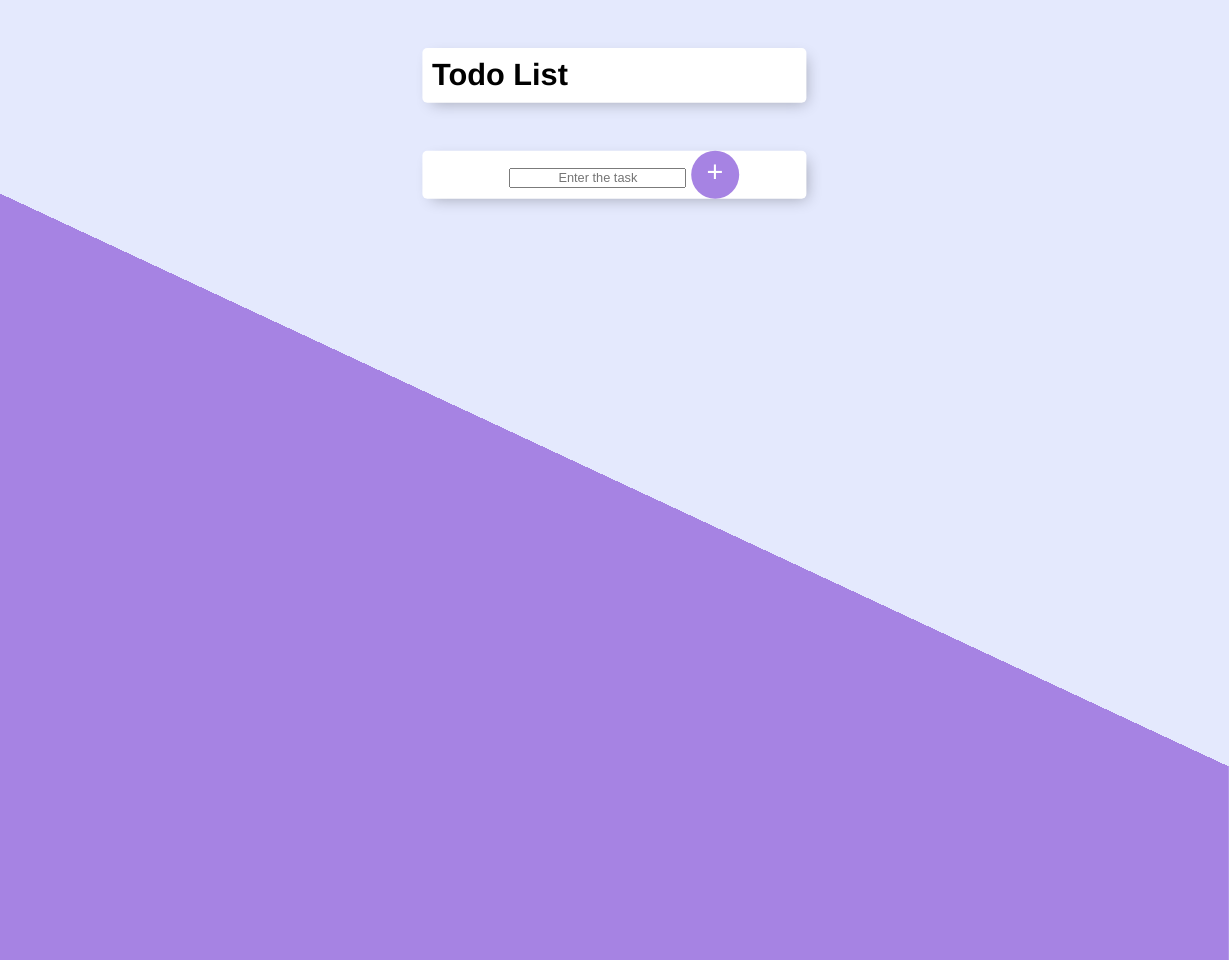
Repository: rupeshkofficial/Todo-List-Ver2
Page: http://localhost/
An editor plug-in stored every save of this project. The page is shown before and after a run of saves, followed by the edit.
The browser window is 1280 px wide. The pictures show the whole page, at 96% of full size.
The page is served by the project's Node server (app.js).

Above is the page before, as saved 2023-02-23 16:21:22.

### views/list.ejs
<!DOCTYPE html>
<html>

<head>
    <title> Todo List</title>
    <link rel="stylesheet" href="css/style.css">
</head>

<body>
    <div class="box">
        <h1>Todo List</h1>
    </div>
    <div class="box">

        <% for( var i=0; i < ejes.length; i++){ %>
            <div class="item">
                <input type="checkbox">
                <p>
                    <%= ejes[i] %>
                </p>
            </div>


            <% } %>

                <form action="/" , method="POST">
                    <input type="text" name="ele1" placeholder="Enter the task">
                    <button type="submit">+</button>

                </form>
    </div>
</body>

</html>

### app.js
const express = require("express");
const bodyParser = require("body-parser");

var app = express();
app.set("view engine", "ejs");
app.use(express.static('public'));
app.use(express.urlencoded({ extended: true }));
var items = [];

var example = "working";
app.get("/", function (req, res) {
    res.render("list", { ejes: items });
});

app.post("/", function (req, res) {
    var item  = req.body.ele1;
    items.push(item);
    res.redirect("/");

    // console.log(req.body.ele1);
});

app.listen(8000, function () {
    console.log("Server started");
});

### public/css/style.css
html{
    background-color: #E4E9FD;
    background-image: -webkit-linear-gradient(65deg, #A683E3 50%, #E4E9FD 50%);
    min-height: 1000px;
    font-family: 'helvetica neue';
}

h1{
    color: #000;
    padding: 10px;
}

.box{
    max-width: 400px;
    margin: 50px auto;
    background: white;
    border-radius: 5px;
    box-shadow: 5px 5px 15px -5px rgba(0,0,0,0.3);
}

#heading{
    background-color: #A683E3;
    text-align: center;
}

.item{
    min-height: 70px;
    display: flex;
    align-items: center;
    border-bottom: 1px solid #F1F1F1;
}

.item:last-child{
    border-bottom:0;
}

input:checked+p{
    text-decoration: line-through;
    text-decoration-color: #A683E3;
}

input[type="checkbox"]{
    margin: 20px;
}

p{
    margin:0;
    padding: 20px;
    font-size: 20px;
    font-weight: 200;
    color:#00204a;

}

form{
    text-align: center;
    margin-left: 20px;
}

button{
    min-height: 50px;
    width: 50px;
    border-radius: 50%;
    border-color: transparent;
    background-color:#A683E3;
    color:#fff;
    font-size: 30px;
    padding-bottom: 6px;
    border-width: 0;
}

input[type="text"]{
    text-align: center;
    height: ;
}

After the next 2 saves:
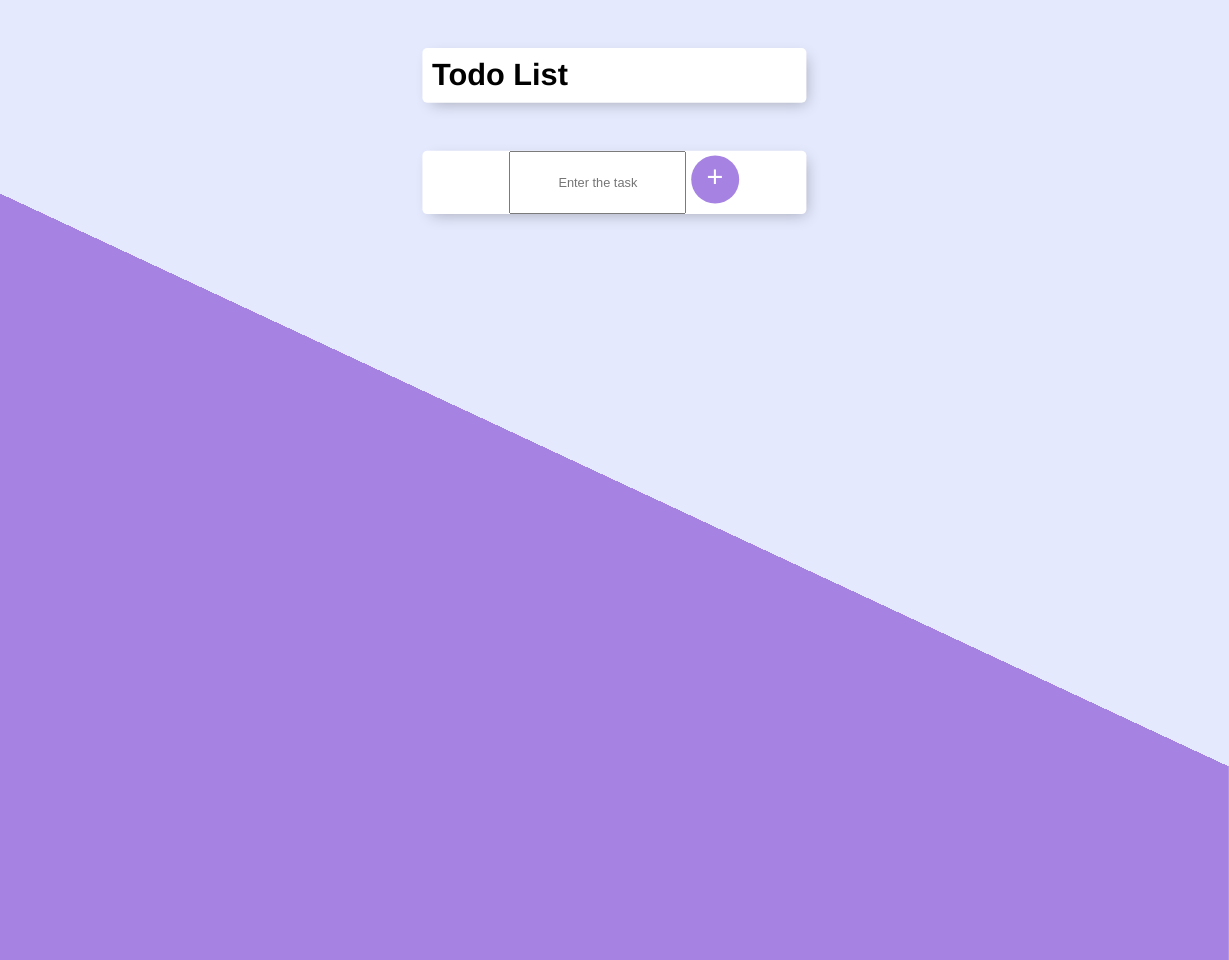
The 2 saves are shown as one change because they came seconds apart.
The last was saved 5 s later.
--- a/public/css/style.css
+++ b/public/css/style.css
@@ -71,5 +71,6 @@ button{
 
 input[type="text"]{
     text-align: center;
-    height: ;
+    height: 60px;
+
 }
